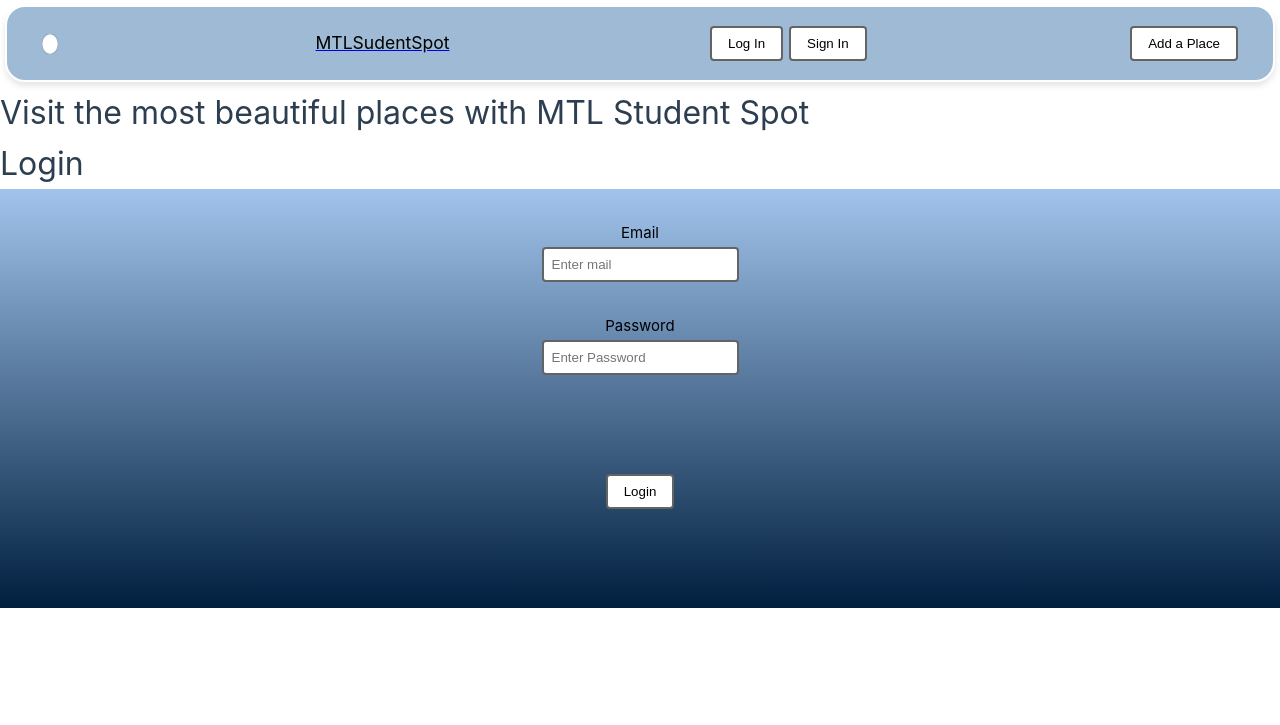
Repository: KevMn6ix/MOD8-2232-GRA-Damois-Leroi--Morant-Munto
Page: /login (app in client/)
These files come from the project's save history. The page is drawn as it stood at one moment and after the next save; the edit follows.
The browser window is 1280 px wide. The pictures show the whole page.
The project was rebuilt for these pictures with package versions that can differ from the ones it lists, and the page was loaded fresh each time. Also part of the build but not shown: client/vite.config.js, client/src/components/HelloWorld.vue, client/src/components/RowLandingPage.vue, client/src/components/PlaceItem.vue, client/server/services/places-service.js, client/src/components/PlaceList.vue, client/src/views/HomeView.vue.

Above is the page before, as saved 2023-10-18 16:35:26.

### client/index.html
<!DOCTYPE html>
<html lang="en">
  <head>
    <meta charset="UTF-8">
    <link rel="icon" href="/favicon.ico">
    <link href="https://cdnjs.cloudflare.com/ajax/libs/font-awesome/5.15.3/css/all.min.css" rel="stylesheet">

    <meta name="viewport" content="width=device-width, initial-scale=1.0">
    <title>Vite App</title>
  </head>
  <body>
    <div id="app"></div>
    <script type="module" src="/src/main.js"></script>
  </body>
</html>

### client/src/assets/main.css
@import './base.css';
/*
#app {
  max-width: 1280px;
  margin: 0 auto;
  padding: 2rem;

  font-weight: normal;
}

a,
.green {
  text-decoration: none;
  color: hsla(160, 100%, 37%, 1);
  transition: 0.4s;
}

@media (hover: hover) {
  a:hover {
    background-color: hsla(160, 100%, 37%, 0.2);
  }
}

@media (min-width: 1024px) {
  body {
    display: flex;
    place-items: center;
  }

  #app {
    display: grid;
    grid-template-columns: 1fr 1fr;
    padding: 0 2rem;
  }
}
*/
@media (prefers-color-scheme: dark) {
  button {
    color:black;
  }
  input {
    color: white;
    background-color: black;
  }
}

### client/src/App.vue
<script setup>
import { RouterLink, RouterView } from 'vue-router'
import HelloWorld from './components/HelloWorld.vue'
</script>

<template >
  <RouterView />

</template>

<style scoped>
template {
  display: flex;
  flex-direction: column;
}

header {
  line-height: 1.5;
  max-height: 100vh;
}

.logo {
  display: block;
  margin: 0 auto 2rem;
}

nav {
  width: 100%;
  font-size: 12px;
  text-align: center;
  margin-top: 2rem;
}

nav a.router-link-exact-active {
  color: var(--color-text);
}

nav a.router-link-exact-active:hover {
  background-color: transparent;
}

nav a {
  display: inline-block;
  padding: 0 1rem;
  border-left: 1px solid var(--color-border);
}

nav a:first-of-type {
  border: 0;
}

@media (min-width: 1024px) {
  header {
    display: flex;
    place-items: center;
    padding-right: calc(var(--section-gap) / 2);
  }

  .logo {
    margin: 0 2rem 0 0;
  }

  header .wrapper {
    display: flex;
    place-items: flex-start;
    flex-wrap: wrap;
  }

  nav {
    text-align: left;
    margin-left: -1rem;
    font-size: 1rem;

    padding: 1rem 0;
    margin-top: 1rem;
  }
}
</style>

### client/src/router/index.js
import { createRouter, createWebHistory } from 'vue-router'
import HomeView from '../views/HomeView.vue'

const router = createRouter({
  history: createWebHistory(import.meta.env.BASE_URL),
  routes: [
    {
      path: '/',
      name: 'home',
      component: HomeView
    },
    {
      path: '/about',
      name: 'about',
      // route level code-splitting
      // this generates a separate chunk (About.[hash].js) for this route
      // which is lazy-loaded when the route is visited.
      component: () => import('../views/AboutView.vue')
    },
    {
      path: '/login',
      name: 'login',

      component: () => import('../views/LoginPage.vue')
    },
    {
      path: '/register',
      name:'register',

      component: () => import('../views/RegisterPage.vue')
    },
    {
      path: '/places/:types',
      name: 'PlacesList',

      component: () => import('../views/PlaceListView.vue')
    },
    {
      path: '/places/review/:id',
      name : 'review',

      component: () => import('../views/PlaceReview.vue')
    },
    {

      path: '/places/:types/:id',
      name: 'PlacePage',

      component: () => import('../views/PlacesPage.vue')

    },
    {
      path: '/places/add',
      name: 'AddPlace',

      component: () => import('../views/AddPageView.vue')
    }
  ]
})

export default router

### client/src/views/LoginPage.vue
<script setup>
import Login from '../components/Login.vue'
import BarOutsideHome from '../components/BarOutsideHome.vue';
</script>

<template>
<header>
    <BarOutsideHome/>
</header>
    <Login />
</template>

<style>

</style>

### client/src/components/NavBar.vue
<script setup>
import { ref } from 'vue'
import LoginPage from '../views/LoginPage.vue'
import TheSubHeader from './TheSubHeader.vue';
const emit = defineEmits(['user-input'])
const UserInput = ref('')
function sendUserInput() {
    console.log(UserInput.value)
    emit('user-input', UserInput.value)
}
</script>
/** This component is hte bar at the top of the screen */
<template>
    <nav id="head-bar">
        <img src="../assets/logoMTL.png">
        <h3>
            MTLSudentSpot
        </h3>
        <input type="text" v-model="UserInput" @input="sendUserInput">
        <div>
        <router-link to='/login'>
        <button>
            Log In
        </button>
        </router-link>
        <router-link to="/register">
        <button>
            Sign In
        </button>
        </router-link>
    </div>
    <div id="sub-header">
    <TheSubHeader/></div>
    </nav>

</template>
<style>

:root{

    --color-navbar: #9fbad4;
    --text-navbar-color-default: #000;
    --color-input: #fff;
    --button-border: #646464;
    --color-button: #fff;
    --button-hover: #7faedc;
}

@media (prefers-color-scheme: dark){

    :root{

        --text-navbar-color-default: #FFF;
        --color-navbar: #211f1f;
        --color-input: #312e2e;
        --button-border: #646464;
        --color-button: #312e2e;
        --button-hover: #646464;

    }

}

nav {
    display: flex;
    justify-content: space-between;
    align-items: center;
    background-color: var(--color-navbar);
    padding: 1rem 2rem;
    box-shadow: 0 4px 6px rgba(0, 0, 0, 0.1);
    border-bottom: 2px solid rgba(0, 0, 0, 0.1);
    border-radius: 20px;
    border: 2px solid var(--button-border);
    margin: 5px;
    flex-grow: 3;
    gap: 20px;
}

h3{

    color: var(--text-navbar-color-default);

}

button {
    background-color: var(--color-button);
    color: var(--text-navbar-color-default);
    border: none;
    padding: 0.5rem 1rem;
    border-radius: 0.25rem;
    cursor: pointer;
    transition: background-color 0.3s ease;
    margin: 3px;
    border: 2px solid var(--button-border);
}

button:hover {
    background-color: var(--button-hover);
}

button:visited {
    color: white; /* Set the text color to yellow when the button is active (clicked) */
}

img {
    height: 20px;
    width: 16px;
}

input {
    flex-grow: 3;
    padding: 0.5rem;
    border: none;
    border-radius: 0.25rem;
    background-color: var(--color-input);
    color: var(--text-navbar-color-default);
    border: 2px solid var(--button-border);
    margin: 0 1rem;
}

#sub-header {
    text-align: center;
}
</style>

### client/src/components/Login.vue
<script>
import AuthentificationService from '@/services/AuthentificationService';

export default {
    name: 'LoginForm',
    data() {
        return {
            email: '',
            password: '',
        };
    },
    methods : {
        async login () {
            const response = await AuthentificationService.login({
                email: this.email,
                password: this.password
            })
            console.log(response)
        }
    }

}

</script>

<template>
    <main>
    <div class="title-container">
        <h1>Visit the most beautiful places with MTL Student Spot</h1>
    </div>

    <div class="login-container">
        <h2>Login</h2>
    </div>

    <form class="form-container" @submit.prevent="login" >
        <div class="input-pair">
            <label for="">Email</label>
            <input type="text" placeholder="Enter mail">
        </div>

        <div class="input-pair">
            <label for="">Password</label>
            <input type="text" placeholder="Enter Password">
        </div>

        <div class="button-container">
            <button class="submit">Login</button>
        </div>
    </form>
</main>


</template>

<style scoped>
.main-container {
  background: linear-gradient(to bottom, #A5BDD9, #001f3f);
  color: #FFF; /* Set text color for contrast */
  text-align: center;
  display: flex;
  flex-direction: column;
  align-items: center;
  padding: 4rem 0;
  gap: 2rem;
}

h1 {
  font-size: 2rem;
}

h2 {
  font-size: 2rem;
}

.form-container {
  background: linear-gradient(to bottom, #a2c4ec, #001f3f);
  display: flex;
  flex-direction: column;
  padding: 2rem;
  gap: 2rem;
  color: #000; /* Set text color for form inputs */
}

.input-pair {
  display: flex;
  flex-direction: column;
  align-items: center;
  gap: 0.1rem;
}

.button-container {

  padding: 4rem;
  display: flex;
  justify-content: center;
  align-items: center;
}

@media (prefers-color-scheme: dark) {
  .main-container {
    background: linear-gradient(to bottom, #a5bdd957, #001f3f);
  }
  .form-container {
    background: linear-gradient(to bottom, #a2c4ec75, #001f3f);
  }

}
</style>

### client/src/components/BarOutsideHome.vue
<script setup>
import { ref } from 'vue'
import LoginPage from '../views/LoginPage.vue'
import { RouterLink } from 'vue-router';
import TheSubHeader from './TheSubHeader.vue';
const emit = defineEmits(['user-input'])
const UserInput = ref('')
function sendUserInput() {
    console.log(UserInput.value)
    emit('user-input', UserInput.value)
}
</script>
/** This component is the bar at the top of the screen */
<template>
    <header>
    <nav id="head-bar">
        <img src="../assets/logoMTL.png">
        <RouterLink to="/">
        <h3>
            MTLSudentSpot
        </h3>
        </RouterLink>

        <div>
        <router-link to='/login'>
        <button>
            Log In
        </button>
        </router-link>
        <router-link to="/register">
        <button>
           Sign In
        </button>
    </router-link>
    </div>

    <div id="sub-header">
<TheSubHeader/></div>
</nav>
</header>

</template>
<style scoped>

:root{

--color-navbar: #9fbad4;
--text-navbar-color-default: #000;
--color-input: #9fbad4;
--button-border: #646464;
--color-button: #fff;
--button-hover: #7faedc;
}

@media (prefers-color-scheme: dark){

:root{

    --text-navbar-color-default: #FFF;
    --color-navbar: #8686d8;
    --color-input: #312e2e;
    --button-border: #646464;
    --color-button: #312e2e;
    --button-hover: #646464;

}

}

#head-bar {
    display: flex;
    justify-content: space-between;
    align-items: center;
    padding: 1rem 2rem;
    background-color: var(--color-navbar);
    box-shadow: 0 4px 6px rgba(0, 0, 0, 0.1);
    border: 2px solid white;
}

h3{

color: var(--text-navbar-color-default);

}

button {
    background-color: var(--color-button);
    color: var(--text-navbar-color-default);
    border: none;
    padding: 0.5rem 1rem;
    border-radius: 0.25rem;
    cursor: pointer;
    transition: background-color 0.3s ease;
    border: 2px solid var(--button-border);
}

button:hover {
    background-color: var(--button-hover);
}

button:visited {
    color: white; /* Set the text color to yellow when the button is active (clicked) */
}

img {
    height: 20px;
    width: 16px;
    margin-left: 3px;
}

input {
    flex-grow: 3;
    padding: 0.5rem;
    border: none;
    border-radius: 0.25rem;
    background-color: var(--color-background-default);
    color: var(--text-color-default);
    margin: 0 1rem;
}

#sub-header {
    text-align: center;
}
</style>

### client/src/components/TheSubHeader.vue
<script setup>
import { RouterLink } from 'vue-router';
</script>
<template>
  <RouterLink to="/places/add">
    <button>
       Add a Place
    </button>
  </RouterLink>
</template>
<style scoped>
:root {
  --light-color-background-restaurant: #A5BDD9;
    --light-color-background-travel: #a2c4ec;
    --light-color-background-activity: #9EB3CB;
    --dark-color-background-restaurant: #a2c4ec9d;
    --dark-color-background-travel: #a5bdd971;
    --dark-color-background-activity: #9eb3cb0e;
    --color-background-restaurant: var(--light-color-background-restaurant);
    --color-background-travel: var(--light-color-background-travel);
    --color-background-activity: var(--light-color-background-activity);
    @media (prefers-color-scheme: dark) {
      --color-background-restaurant: var(--dark-color-background-restaurant);
        --color-background-travel: var(--dark-color-background-travel);
        --color-background-activity: var(--dark-color-background-activity);
    }
}
p {
    min-width: 333px;
    text-align: center;
    size: 50%;
    padding: 0;
    margin: 0;
}
</style>

### client/src/services/AuthentificationService.js
import Api from "./Api"

export default {
    async register (creditentials) {
        return await Api().post('register', creditentials)
    },

    async login(creditentials) {
        return await Api().post('login', creditentials)
    }
}

// AuthentificationService.register({
//   email: 'testing@gmail.com',
//   password: '123456'
//  })

Loaded but not shown: client/src/main.js (common file); client/src/assets/base.css (common file); client/src/services/Api.js (common file)

After the next save:
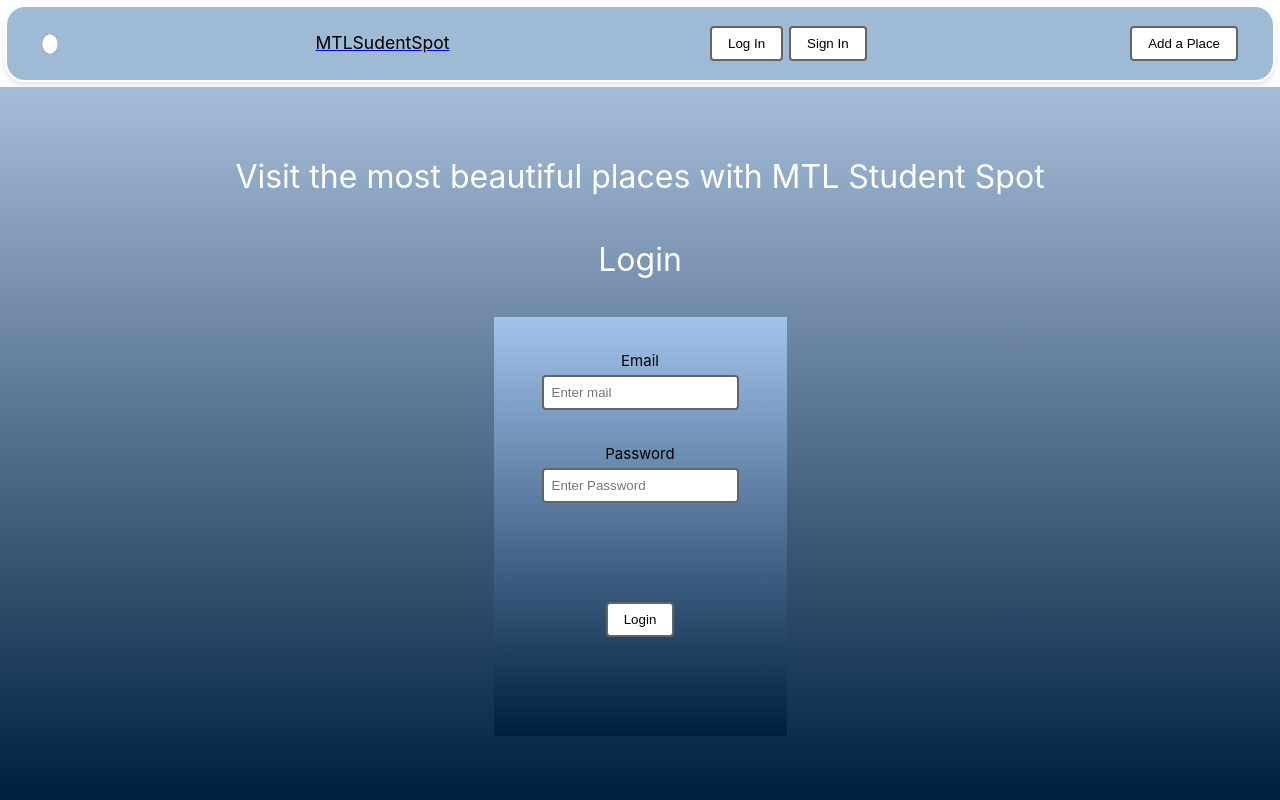
Saved 41 s later.
--- a/client/src/components/Login.vue
+++ b/client/src/components/Login.vue
@@ -54,7 +54,7 @@ export default {
 </template>
 
 <style scoped>
-.main-container {
+main {
   background: linear-gradient(to bottom, #A5BDD9, #001f3f);
   color: #FFF; /* Set text color for contrast */
   text-align: center;
